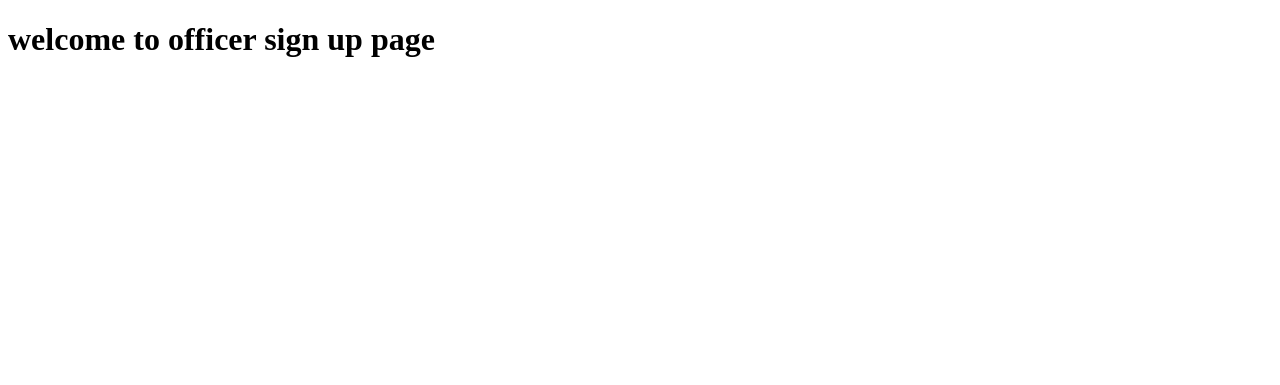
Repository: OmarAl-Saleh/Hospital-Emergency-System
Page: http://localhost/EmergencySystem/officer/sign-up.jsp
These files come from the project's save history. The page is drawn as it stood at one moment and after the next save; the edit follows.
The browser window is 1280 px wide. The pictures show the whole page.
The page is served by Tomcat 9. Other server files are loaded and not shown.

Above is the page before, as saved 2024-05-22 13:15:57.

### EmergencySystem/EmergencySystem/src/main/webapp/officer/sign-up.jsp
<%@ page language="java" contentType="text/html; charset=ISO-8859-1"
    pageEncoding="ISO-8859-1"%>
<!DOCTYPE html>
<html>
<head>
<meta charset="ISO-8859-1">
<title>officer sign up </title>
</head>
<body>
<h1>welcome to officer sign up page</h1>
</body>
</html>

After the next save:
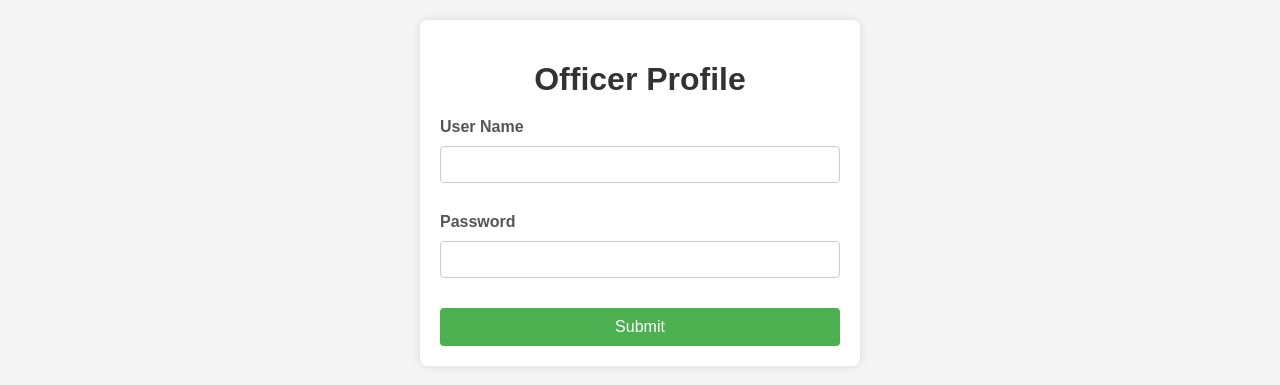
Saved 56 s later.
--- a/EmergencySystem/EmergencySystem/src/main/webapp/officer/sign-up.jsp
+++ b/EmergencySystem/EmergencySystem/src/main/webapp/officer/sign-up.jsp
@@ -1,12 +1,81 @@
-<%@ page language="java" contentType="text/html; charset=ISO-8859-1"
-    pageEncoding="ISO-8859-1"%>
 <!DOCTYPE html>
 <html>
 <head>
-<meta charset="ISO-8859-1">
-<title>officer sign up </title>
+    <meta charset="ISO-8859-1">
+    <title>Department Nurse Profile Form</title>
+    <style>
+        body {
+            font-family: Arial, sans-serif;
+            background-color: #f4f4f4;
+            margin: 0;
+            padding: 20px;
+        }
+
+        form {
+            background-color: white;
+            padding: 20px;
+            border-radius: 8px;
+            box-shadow: 0 0 10px rgba(0, 0, 0, 0.1);
+            max-width: 400px;
+            margin: auto;
+        }
+
+        h1 {
+            text-align: center;
+            color: #333;
+            margin-bottom: 20px;
+        }
+
+        label {
+            display: block;
+            margin-bottom: 10px;
+            font-weight: bold;
+            color: #555;
+        }
+
+        input[type="text"], input[type="password"], input[type="email"], input[type="tel"] {
+            width: 100%;
+            padding: 10px;
+            margin-bottom: 15px;
+            border: 1px solid #ccc;
+            border-radius: 4px;
+            box-sizing: border-box;
+        }
+
+        input[type="submit"] {
+            background-color: #4CAF50;
+            color: white;
+            border: none;
+            padding: 10px 20px;
+            cursor: pointer;
+            border-radius: 4px;
+            width: 100%;
+            font-size: 16px;
+        }
+
+        input[type="submit"]:hover {
+            background-color: #45a049;
+        }
+
+        .form-group {
+            margin-bottom: 15px;
+        }
+    </style>
 </head>
 <body>
-<h1>welcome to officer sign up page</h1>
+    <form action="officer" method="post">
+        <h1>Officer Profile</h1>
+
+        <input type="hidden" name="source" value="sign-up"/>
+        <div class="form-group">
+            <label for="name">User Name</label>
+            <input type="text" id="name" name="name" required/>
+        </div>
+        <div class="form-group">
+            <label for="password">Password</label>
+            <input type="password" id="password" name="password" required/>
+        </div>
+        <input type="submit" value="Submit"/>
+    </form>
 </body>
 </html>
